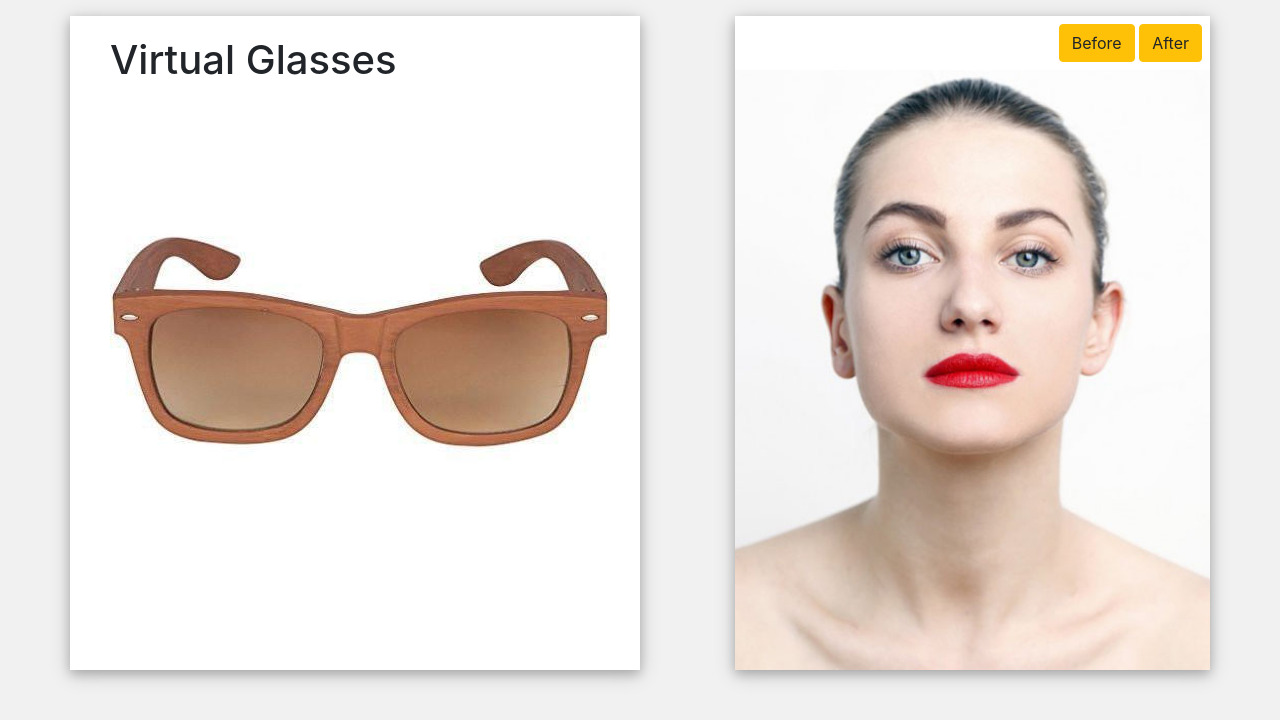
Repository: Khoi300399/BC35E_ES6_B2_MaThanhKhoi
Page: index.html
An editor plug-in stored every save of this project. The page is shown before and after the next save, followed by the edit.
The browser window is 1280 px wide. The pictures show the whole page.

Above is the page before, as saved 2022-10-21 17:42:55.

### index.html
<!DOCTYPE html>
<html lang="en">
  <head>
    <title>Virtual Glasses</title>
    <!-- Required meta tags -->
    <meta charset="utf-8" />
    <meta
      name="viewport"
      content="width=device-width, initial-scale=1, shrink-to-fit=no"
    />

    <!-- Bootstrap CSS -->
    <link
      rel="stylesheet"
      href="https://stackpath.bootstrapcdn.com/bootstrap/4.3.1/css/bootstrap.min.css"
      integrity="sha384-ggOyR0iXCbMQv3Xipma34MD+dH/1fQ784/j6cY/iJTQUOhcWr7x9JvoRxT2MZw1T"
      crossorigin="anonymous"
    />

    <!-- Main CSS -->
    <link rel="stylesheet" href="./css/index.css" />
  </head>

  <body>
    <div class="container vglasses py-3">
      <div class="row justify-content-between">
        <div class="col-6 vglasses__left">
          <div class="row">
            <div class="col-12">
              <h1 class="mb-2">Virtual Glasses</h1>
            </div>
          </div>
          <div class="row" id="vglassesList">
            <div class="col-4 .vglasses__items">
              <img src="./img/g1.jpg" alt="" />
            </div>
          </div>
        </div>
        <div class="col-5 vglasses__right p-0">
          <div class="vglasses__card">
            <div class="mb-2 text-right mt-2 mr-2">
              <button class="btn btn-warning" onclick="removeGlasses(false)">
                Before
              </button>
              <button class="btn btn-warning" onclick="removeGlasses(true)">
                After
              </button>
            </div>
            <div class="vglasses__model" id="avatar"></div>
            <div id="glassesInfo" class="vglasses__info"></div>
          </div>
        </div>
      </div>
    </div>

    <!-- Optional JavaScript -->
    <!-- jQuery first, then Popper.js, then Bootstrap JS -->
    <script
      src="https://code.jquery.com/jquery-3.4.1.js"
      integrity="sha256-WpOohJOqMqqyKL9FccASB9O0KwACQJpFTUBLTYOVvVU="
      crossorigin="anonymous"
    ></script>
    <!-- <script src="https://code.jquery.com/jquery-3.3.1.slim.min.js" integrity="sha384-q8i/X+965DzO0rT7abK41JStQIAqVgRVzpbzo5smXKp4YfRvH+8abtTE1Pi6jizo" crossorigin="anonymous"></script> -->
    <script
      src="https://cdnjs.cloudflare.com/ajax/libs/popper.js/1.14.7/umd/popper.min.js"
      integrity="sha384-UO2eT0CpHqdSJQ6hJty5KVphtPhzWj9WO1clHTMGa3JDZwrnQq4sF86dIHNDz0W1"
      crossorigin="anonymous"
    ></script>
    <script
      src="https://stackpath.bootstrapcdn.com/bootstrap/4.3.1/js/bootstrap.min.js"
      integrity="sha384-JjSmVgyd0p3pXB1rRibZUAYoIIy6OrQ6VrjIEaFf/nJGzIxFDsf4x0xIM+B07jRM"
      crossorigin="anonymous"
    ></script>

    <!-- MAIN JS -->
    <script type="module" src="./js/main.js"></script>
  </body>
</html>

### css/index.css
/* GLOBAL */
* {
  box-sizing: border-box;
}
body {
  background: #f1f1f1;
}

/* MAIN CSS */
.vglasses__left {
  background-color: white;
  padding: 20px 40px;
  box-shadow: 0 4px 10px 0 rgba(0, 0, 0, 0.2), 0 4px 20px 0 rgba(0, 0, 0, 0.19);
}
.vglasses__left .col-4 {
  align-self: center;
}
.vglasses__items {
  cursor: pointer;
  width: 50px;
  height: 50px;
}

..vglasses__left img {
  width: 100%;
  height: 100%;
}

.vglasses__right {
  box-shadow: 0 4px 10px 0 rgba(0, 0, 0, 0.2), 0 4px 20px 0 rgba(0, 0, 0, 0.19);
}

.vglasses__model {
  background-image: url("../img/model.jpg");
  background-position: center top;
  background-size: cover;
  height: 600px;
}

.vglasses__model img {
  position: absolute;
  top: 32%;
  left: 25%;
  width: 238px;
  height: 85px;
  opacity: 0.9;
}

.vglasses__card {
  position: relative;
  overflow: hidden;
  background-color: white;
}

.vglasses__info {
  position: absolute;
  bottom: 0;
  left: 0;
  background-color: rgba(0, 0, 0, 0.7);
  width: 100%;
  color: white;
  padding: 20px;
  display: none;
}

#glasses {
  transition: all 0.5s;
}

### js/main.js
let dataGlasses = [
    { id: "G1", src: "./img/g1.jpg", virtualImg: "./img/v1.png", brand: "Armani Exchange", name: "Bamboo wood", color: "Brown", price: 150, description: "Lorem ipsum dolor sit amet consectetur adipisicing elit. Nobis ea voluptates officiis? " },
    { id: "G2", src: "./img/g2.jpg", virtualImg: "./img/v2.png", brand: "Arnette", name: "American flag", color: "American flag", price: 150, description: "Lorem ipsum dolor, sit amet consectetur adipisicing elit. In assumenda earum eaque doloremque, tempore distinctio." },
    { id: "G3", src: "./img/g3.jpg", virtualImg: "./img/v3.png", brand: "Burberry", name: "Belt of Hippolyte", color: "Blue", price: 100, description: "Lorem ipsum dolor, sit amet consectetur adipisicing elit." },
    { id: "G4", src: "./img/g4.jpg", virtualImg: "./img/v4.png", brand: "Coarch", name: "Cretan Bull", color: "Red", price: 100, description: "In assumenda earum eaque doloremque, tempore distinctio." },
    { id: "G5", src: "./img/g5.jpg", virtualImg: "./img/v5.png", brand: "D&G", name: "JOYRIDE", color: "Gold", price: 180, description: "Lorem ipsum dolor, sit amet consectetur adipisicing elit. Error odio minima sit labore optio officia?" },
    { id: "G6", src: "./img/g6.jpg", virtualImg: "./img/v6.png", brand: "Polo", name: "NATTY ICE", color: "Blue, White", price: 120, description: "Lorem ipsum dolor, sit amet consectetur adipisicing elit." },
    { id: "G7", src: "./img/g7.jpg", virtualImg: "./img/v7.png", brand: "Ralph", name: "TORTOISE", color: "Black, Yellow", price: 120, description: "Lorem ipsum dolor sit amet consectetur adipisicing elit. Enim sint nobis incidunt non voluptate quibusdam." },
    { id: "G8", src: "./img/g8.jpg", virtualImg: "./img/v8.png", brand: "Polo", name: "NATTY ICE", color: "Red, Black", price: 120, description: "Lorem ipsum dolor sit amet consectetur adipisicing elit. Reprehenderit, unde enim." },
    { id: "G9", src: "./img/g9.jpg", virtualImg: "./img/v9.png", brand: "Coarch", name: "MIDNIGHT VIXEN REMIX", color: "Blue, Black", price: 120, description: "Lorem ipsum dolor sit amet consectetur adipisicing elit. Sit consequatur soluta ad aut laborum amet." }
];

After the next save:
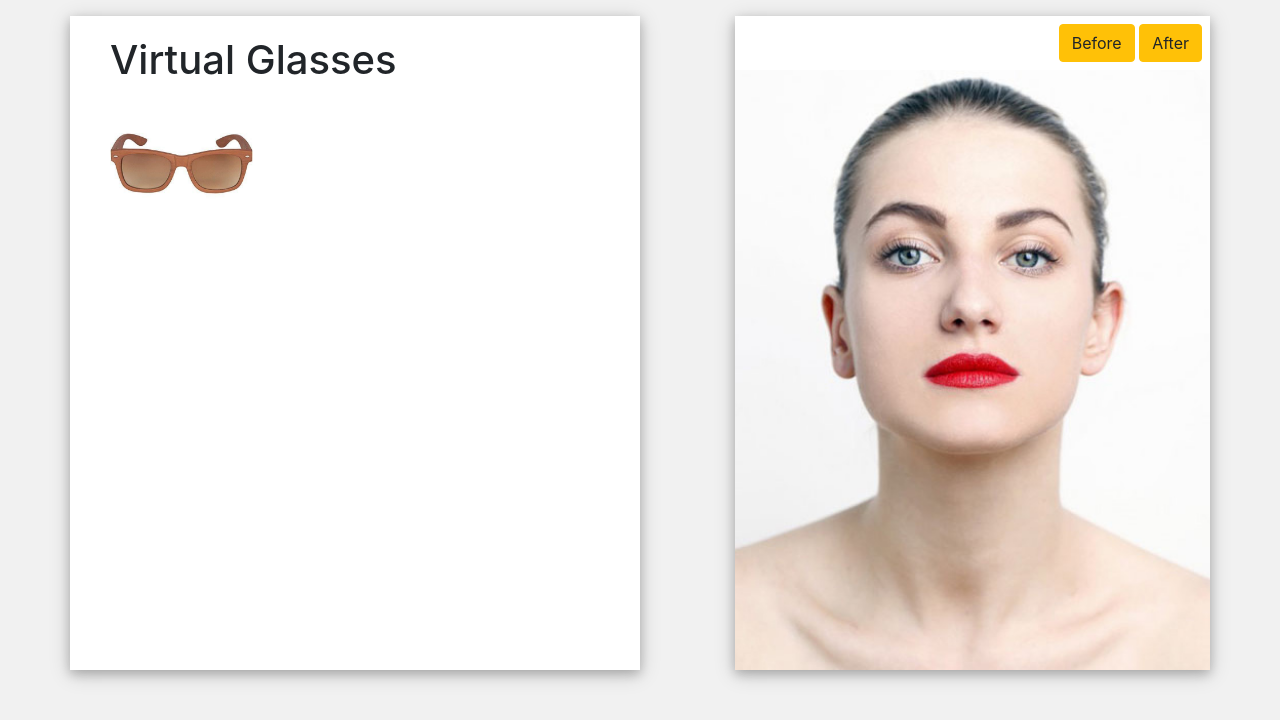
Saved 4 s later.
--- a/css/index.css
+++ b/css/index.css
@@ -21,7 +21,7 @@ body {
   height: 50px;
 }
 
-..vglasses__left img {
+.vglasses__left img {
   width: 100%;
   height: 100%;
 }
